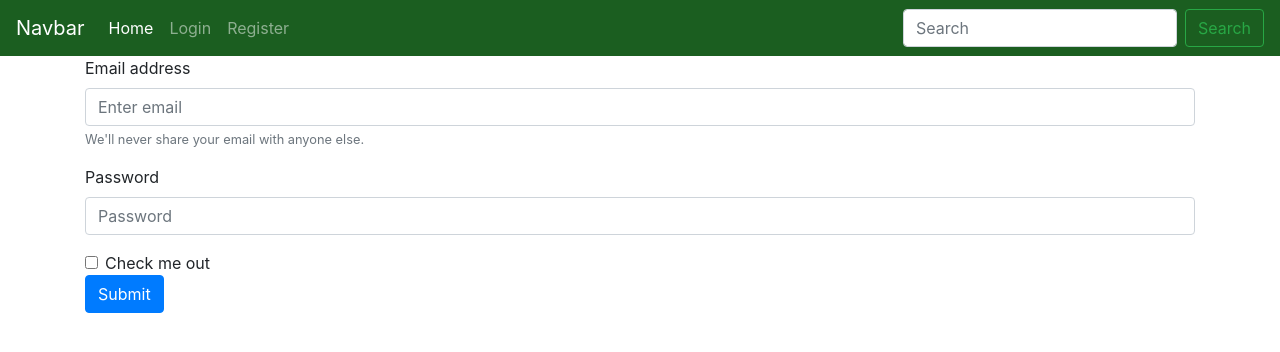
Repository: Chandnim0712/Ecommerce-Spring-Boot-Project
Page: http://localhost/LoginPage/register.jsp
The author's editor kept a copy of each file at every save. The page is drawn from the files as they stood at one save, then again after the next save.
The browser window is 1280 px wide. The pictures show the whole page.
The page is served by Tomcat 9.

Above is the page before, as saved 2025-06-11 19:57:53.

After the next save:
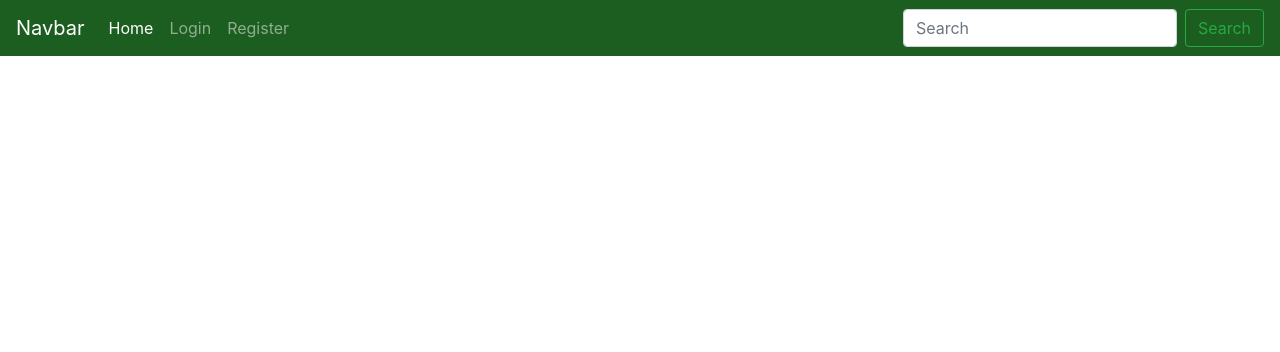
Saved 2 min 22 s later.
--- a/LoginPage/src/main/webapp/register.jsp
+++ b/LoginPage/src/main/webapp/register.jsp
@@ -47,26 +47,15 @@
 	<!-- End Navbar -->
 
 	<div class="container">
-		<form>
-			<div class="form-group">
-				<label for="exampleInputEmail1">Email address</label> <input
-					type="email" class="form-control" id="exampleInputEmail1"
-					aria-describedby="emailHelp" placeholder="Enter email"> <small
-					id="emailHelp" class="form-text text-muted">We'll never
-					share your email with anyone else.</small>
+		<div>
+			<div>
+				<div>
+					<div>
+						<div></div>
+					</div>
+				</div>
 			</div>
-			<div class="form-group">
-				<label for="exampleInputPassword1">Password</label> <input
-					type="password" class="form-control" id="exampleInputPassword1"
-					placeholder="Password">
-			</div>
-			<div class="form-check">
-				<input type="checkbox" class="form-check-input" id="exampleCheck1">
-				<label class="form-check-label" for="exampleCheck1">Check me
-					out</label>
-			</div>
-			<button type="submit" class="btn btn-primary">Submit</button>
-		</form>
+		</div>
 	</div>
 
 </body>
